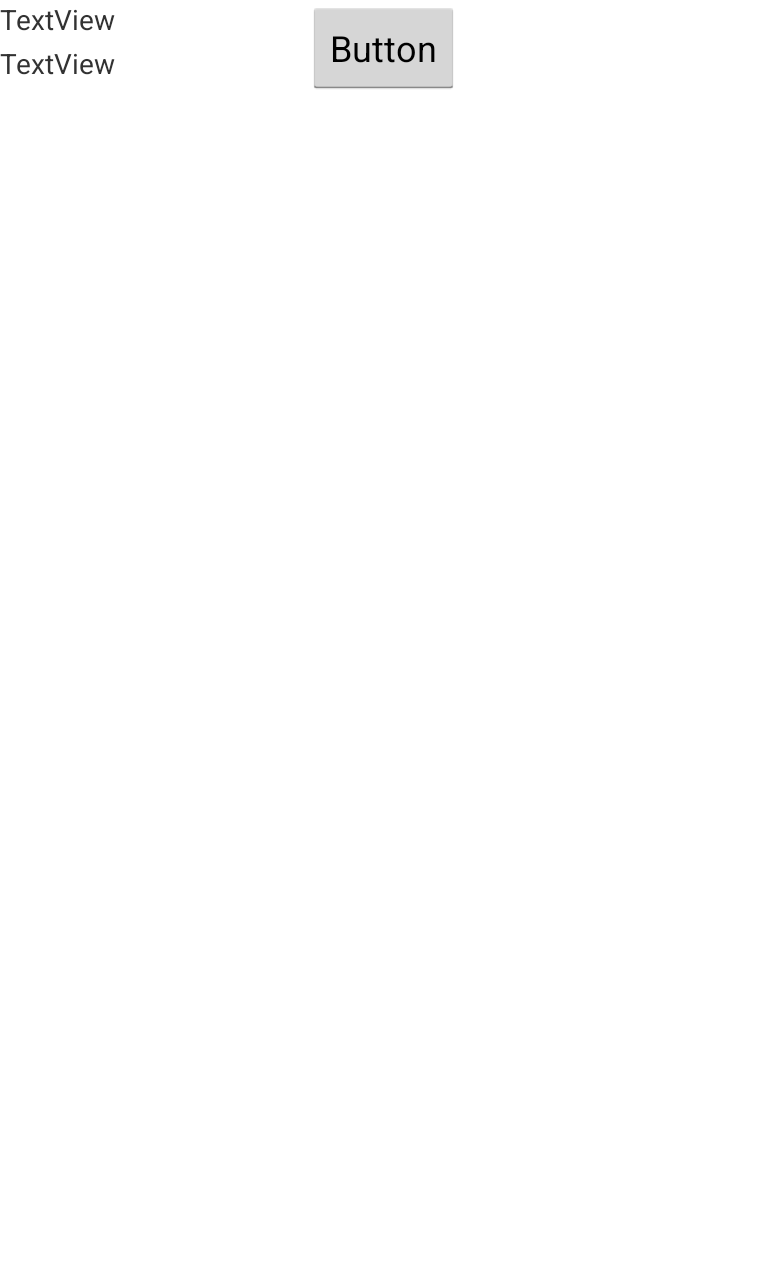
Repository: superlikex/Android_task
Layout: BaseAdapter/res/layout/item.xml
An editor plug-in stored every save of this project. The layout is shown before and after the next save, followed by the edit.
It is drawn on a 768 x 1280 px phone screen (xhdpi) without system bars, with theme AppTheme; the app's code is not run.

Above is the layout before, as saved 2015-12-04 03:31:36.

After the next save:
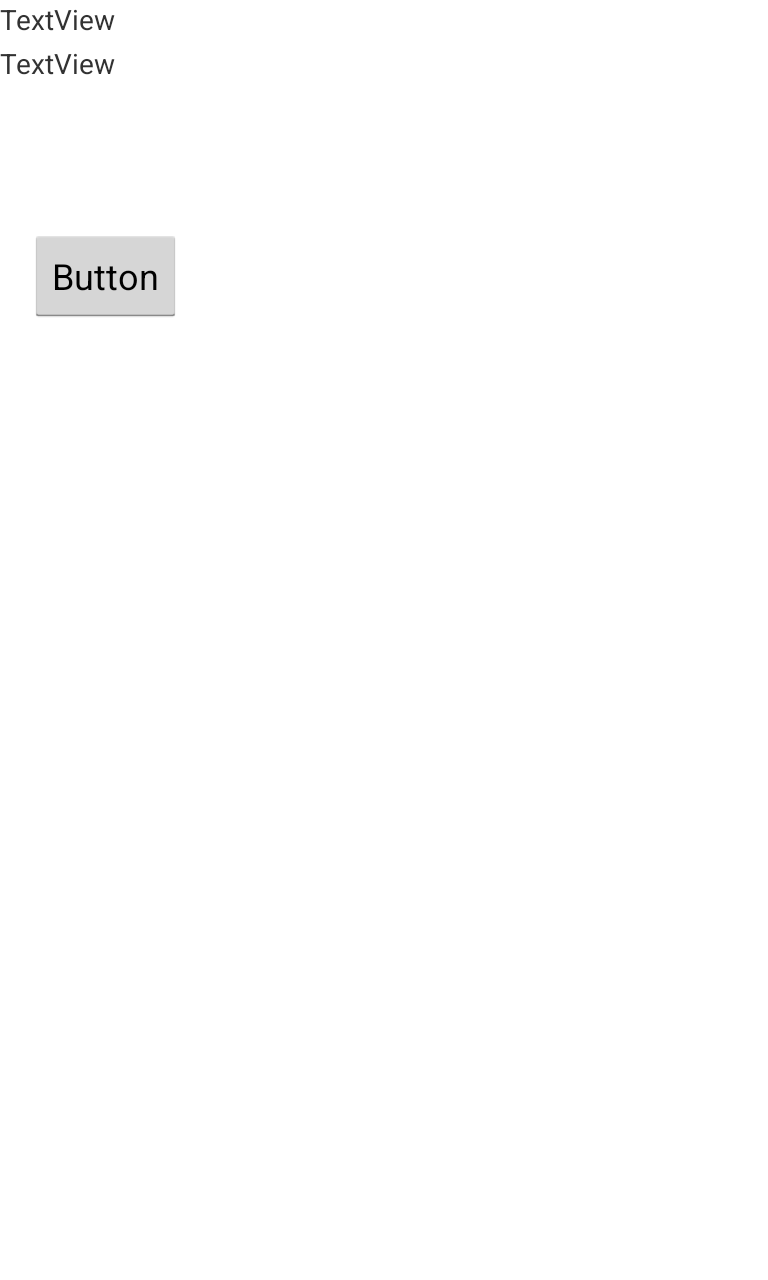
Saved 3 min 9 s later.
--- a/BaseAdapter/res/layout/item.xml
+++ b/BaseAdapter/res/layout/item.xml
@@ -25,8 +25,10 @@
         android:id="@+id/ItemButton"
         android:layout_width="wrap_content"
         android:layout_height="wrap_content"
-        android:layout_alignParentTop="true"
-        android:layout_centerHorizontal="true"
+        android:layout_alignParentLeft="true"
+        android:layout_below="@+id/ItemText"
+        android:layout_marginLeft="14dp"
+        android:layout_marginTop="73dp"
         android:focusable="false"
         android:text="Button" />
 
